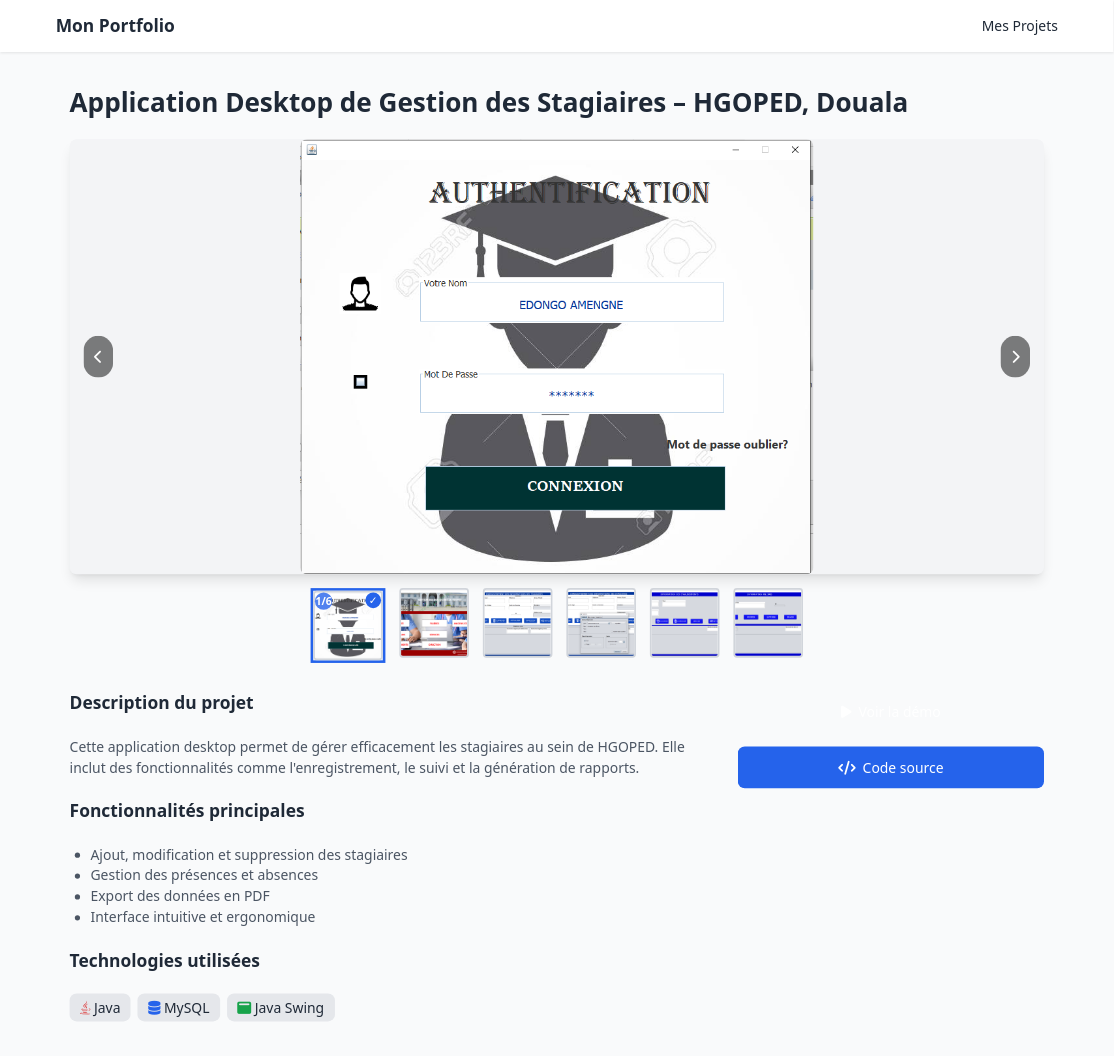
Repository: Edongo999/landry-portfolio
Page: projet-gestion-stagiaires.html
These files come from the project's save history. The page is drawn as it stood at one moment and after the next save; the edit follows.
The browser window is 1280 px wide. The pictures show the whole page, at 87% of full size.
Some web libraries are served in a nearby version.

Above is the page before, as saved 2025-09-14 02:46:13.

After the next save:
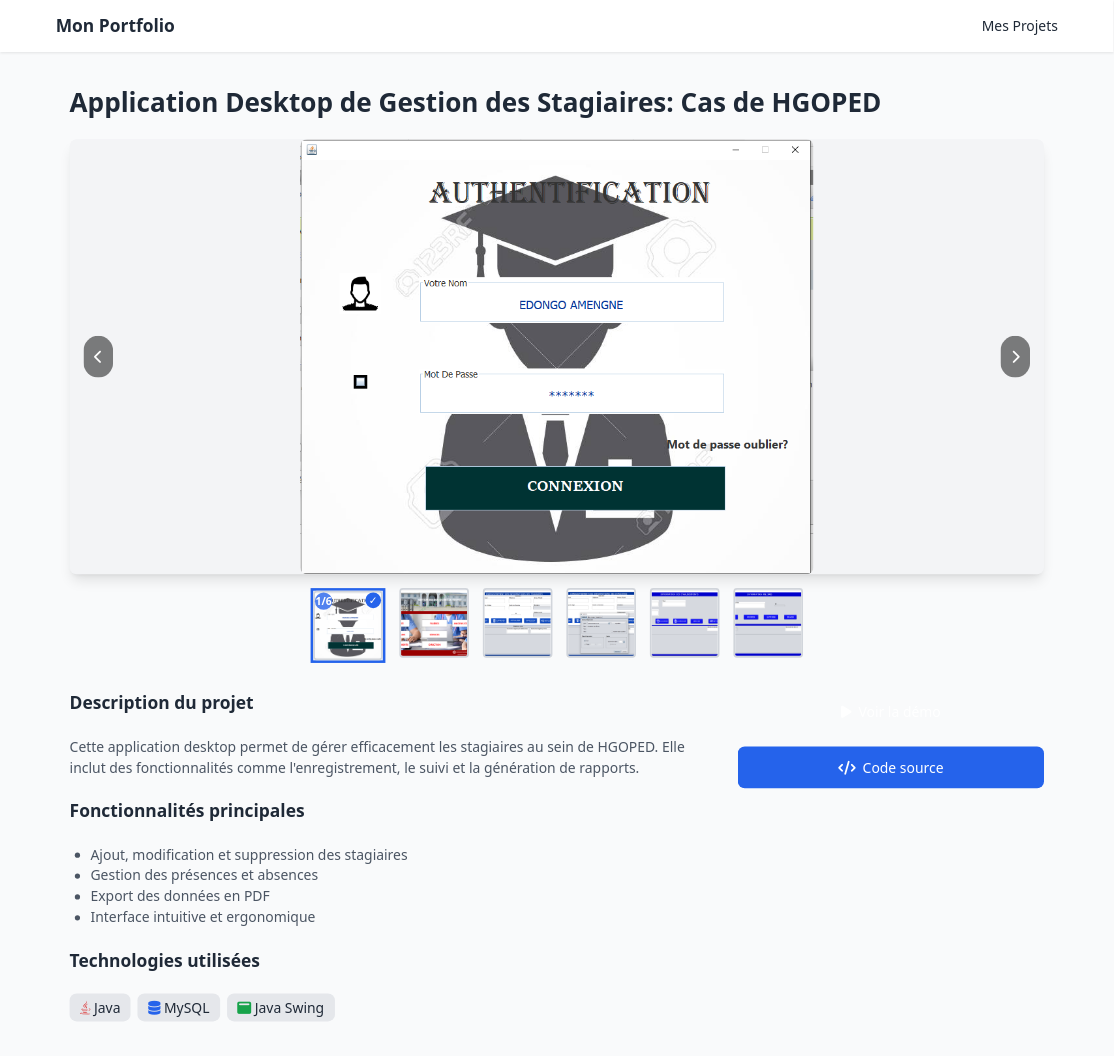
Saved 66 s later.
--- a/projet-gestion-stagiaires.html
+++ b/projet-gestion-stagiaires.html
@@ -60,9 +60,7 @@
 
   <!-- Section Détail Projet -->
   <section class="max-w-6xl mx-auto px-4 py-10">
-    <h2 class="text-2xl md:text-3xl font-semibold mb-6">
-  Application Desktop de Gestion des Stagiaires – HGOPED, Douala
-</h2>
+ <h2 class="text-3xl font-bold mb-6">Application Desktop de Gestion des Stagiaires: Cas de HGOPED</h2>
 
 
 
